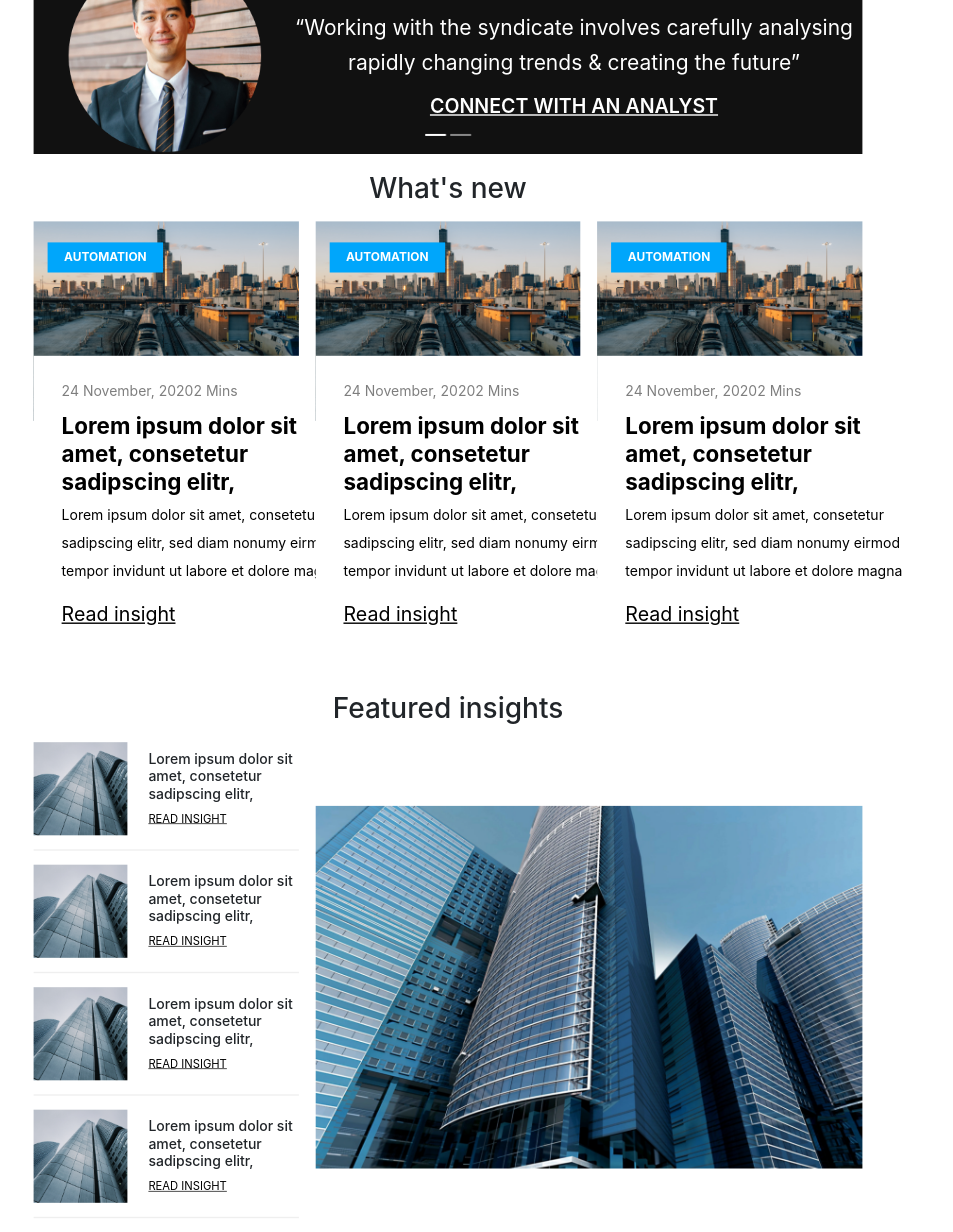
Repository: arif286/Business-webpage
Page: /
These files come from the project's save history. The page is drawn as it stood at one moment and after the next save; the edit follows.
The browser window is 1280 px wide. The page is 1361 px wide, so the pictures cover 1361 px, including what lies to the right of the window. The pictures show the part of the page from y = 1056 to 2816 px (the page is 2816 px tall), at 70% of full size.
The project was rebuilt for these pictures with package versions that can differ from the ones it lists, and the page was loaded fresh each time. Also part of the build but not shown: src/components/MainHeader/MainHeader.css, src/components/NotFound/NotFound.js.

Above is the page before, as saved 2021-05-27 17:06:05.

After the next save:
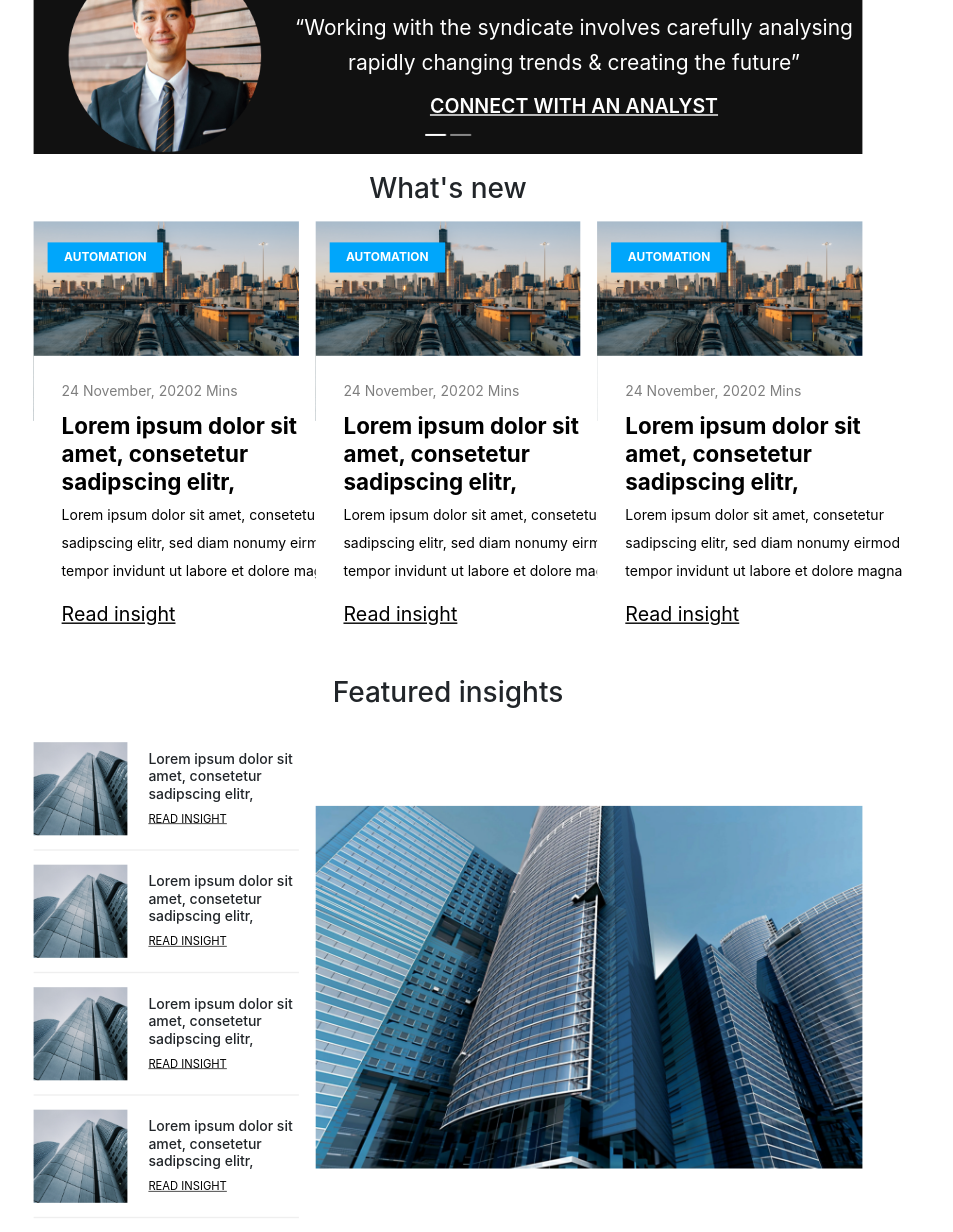
Saved 16 s later.
--- a/src/components/Featured/Featured.js
+++ b/src/components/Featured/Featured.js
@@ -26,7 +26,7 @@
 const Featured = () => {
   return (
     <div className="px-5">
-      <h1 className='text-center mt-4 mb-4'>Featured insights</h1>
+      <h1 className='text-center mb-5'>Featured insights</h1>
       <Row className='align-items-center'>
         <Col sm={12} lg={4}>
           {FeaturedData.map((item) => (
